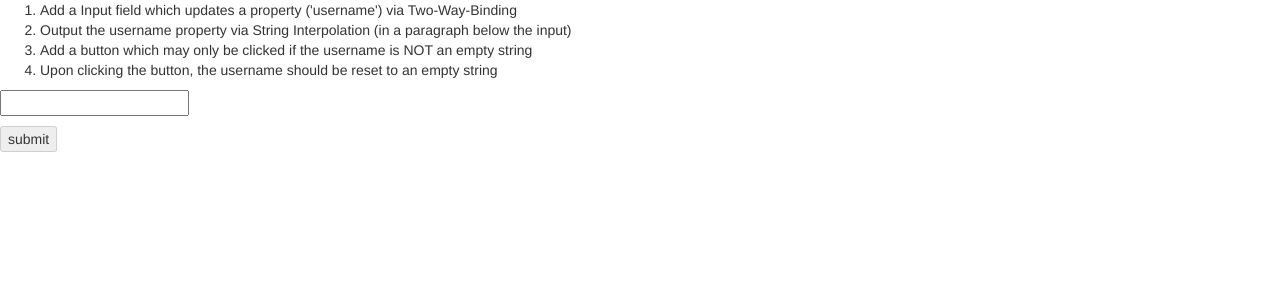
Repository: warrior1803-wang/Angular-Practices
Page: /
These files come from the project's save history. The page is drawn as it stood at one moment and after the next save; the edit follows.
The browser window is 1280 px wide. The pictures show the whole page.
The project was rebuilt for these pictures with package versions that can differ from the ones it lists, and the page was loaded fresh each time. Also part of the build but not shown: angular.json.

Above is the page before, as saved 2022-11-01 22:09:53.

### src/app/app.component.ts
import { Component } from '@angular/core';

@Component({
  selector: 'app-root',
  templateUrl: './app.component.html',
  styleUrls: ['./app.component.css']
})
export class AppComponent {
  username = ""
}

### src/app/app.component.html
<ol>
  <li>Add a Input field which updates a property ('username') via Two-Way-Binding</li>
  <li>Output the username property via String Interpolation (in a paragraph below the input)</li>
  <li>Add a button which may only be clicked if the username is NOT an empty string</li>
  <li>Upon clicking the button, the username should be reset to an empty string</li>
</ol>
<input type="text" class=""
[(ngModel)]="username">
<p>{{username}}</p>
<button [disabled]="!username">submit</button>

Loaded but not shown: src/index.html (common file); src/styles.css (common file); src/main.ts (common file); src/app/app.module.ts (common file); src/environments/environment.ts (common file); src/app/app.component.css (no stored copy; drawn as an empty file)

After the next save:
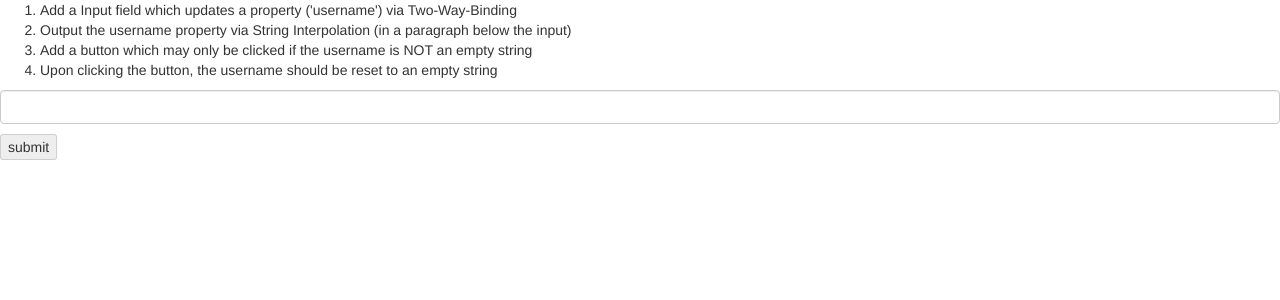
Saved 5 s later.
--- a/src/app/app.component.html
+++ b/src/app/app.component.html
@@ -4,7 +4,7 @@
   <li>Add a button which may only be clicked if the username is NOT an empty string</li>
   <li>Upon clicking the button, the username should be reset to an empty string</li>
 </ol>
-<input type="text" class=""
+<input type="text" class="form-control"
 [(ngModel)]="username">
 <p>{{username}}</p>
 <button [disabled]="!username">submit</button>
